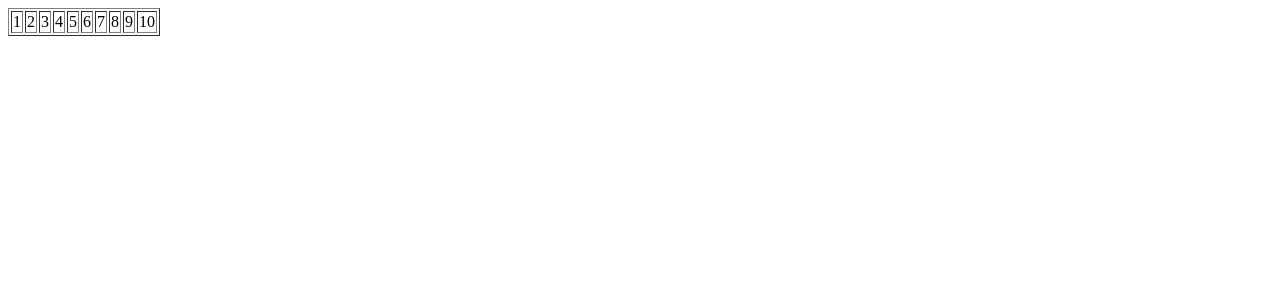
Repository: parvenuHJ/JSP_Servlet_
Page: http://localhost/JSP/Ex03table.jsp
An editor plug-in stored every save of this project. The page is shown before and after the next save, followed by the edit.
The browser window is 1280 px wide. The pictures show the whole page.
The page is served by Tomcat 9.

Above is the page before, as saved 2023-08-16 08:06:17.

After the next save:
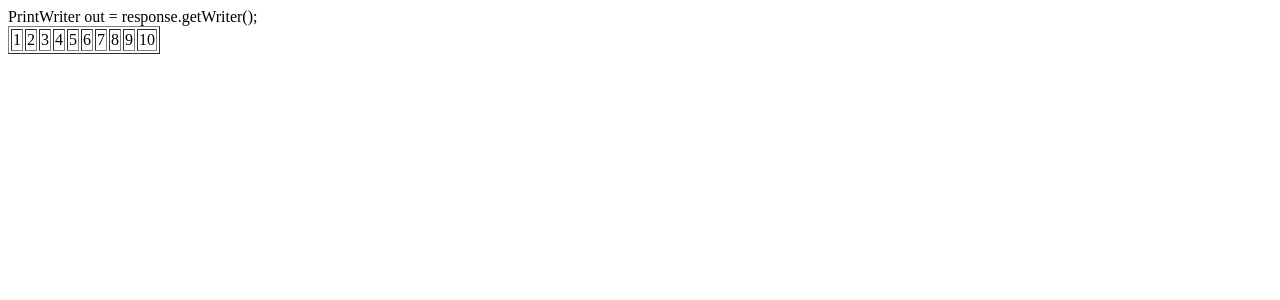
Saved 100 s later.
--- a/JSP/src/main/webapp/Ex03table.jsp
+++ b/JSP/src/main/webapp/Ex03table.jsp
@@ -7,6 +7,8 @@
 <title>Insert title here</title>
 </head>
 <body>
+
+	PrintWriter out = response.getWriter();
 
 	<table border="1px">
 	<tr>

After the save that followed:
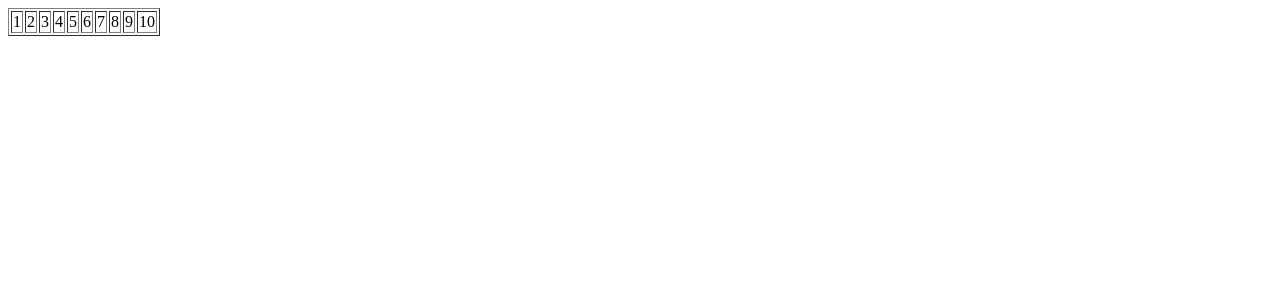
Saved 13 s later.
--- a/JSP/src/main/webapp/Ex03table.jsp
+++ b/JSP/src/main/webapp/Ex03table.jsp
@@ -8,7 +8,7 @@
 </head>
 <body>
 
-	PrintWriter out = response.getWriter();
+
 
 	<table border="1px">
 	<tr>
